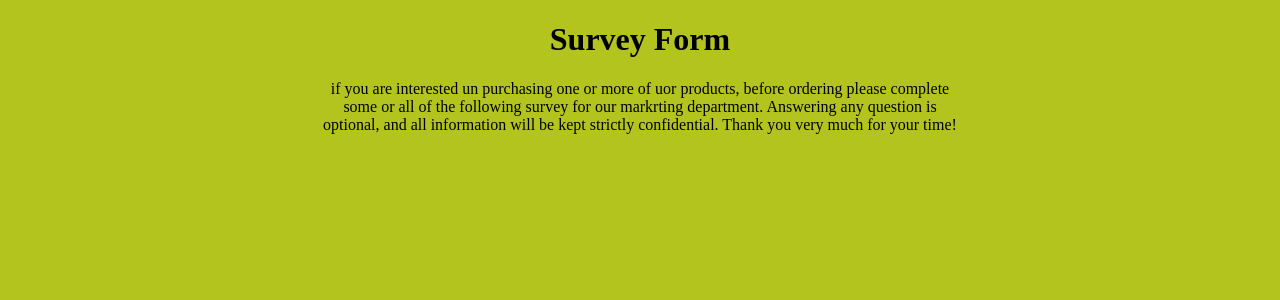
Repository: PhamChiXuan1/HTCNW_tuan3_DHCNTT16C_PhamChiXuan_20030131
Page: bt17.html
These files come from the project's save history. The page is drawn as it stood at one moment and after the next save; the edit follows.
The browser window is 1280 px wide. The pictures show the whole page.

Above is the page before, as saved 2022-02-27 21:54:57.

After the next save:
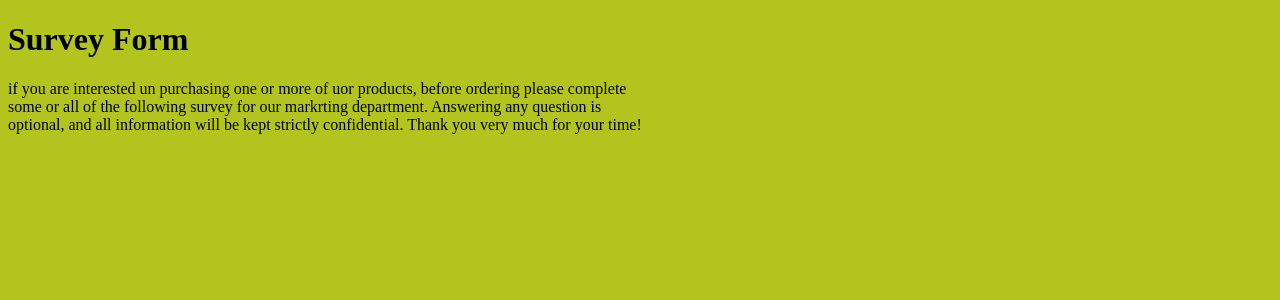
Saved 14 s later.
--- a/bt17.html
+++ b/bt17.html
@@ -7,10 +7,10 @@
     <title>Document</title>
 </head>
 <body style="background-color: rgb(179, 196, 31);">
-    <center><H1>Survey Form</H1>
-        <P>if you are interested un purchasing one or more of uor products, before ordering please complete <br>some or all of the following survey for our markrting department. Answering any question is <br>optional, and all information will be kept strictly confidential. Thank you very much for your time!</P>
+    <H1>Survey Form</H1>
+    <P>if you are interested un purchasing one or more of uor products, before ordering please complete <br>some or all of the following survey for our markrting department. Answering any question is <br>optional, and all information will be kept strictly confidential. Thank you very much for your time!</P>
 
-    </center>
+
 
 </body>
 </html>
